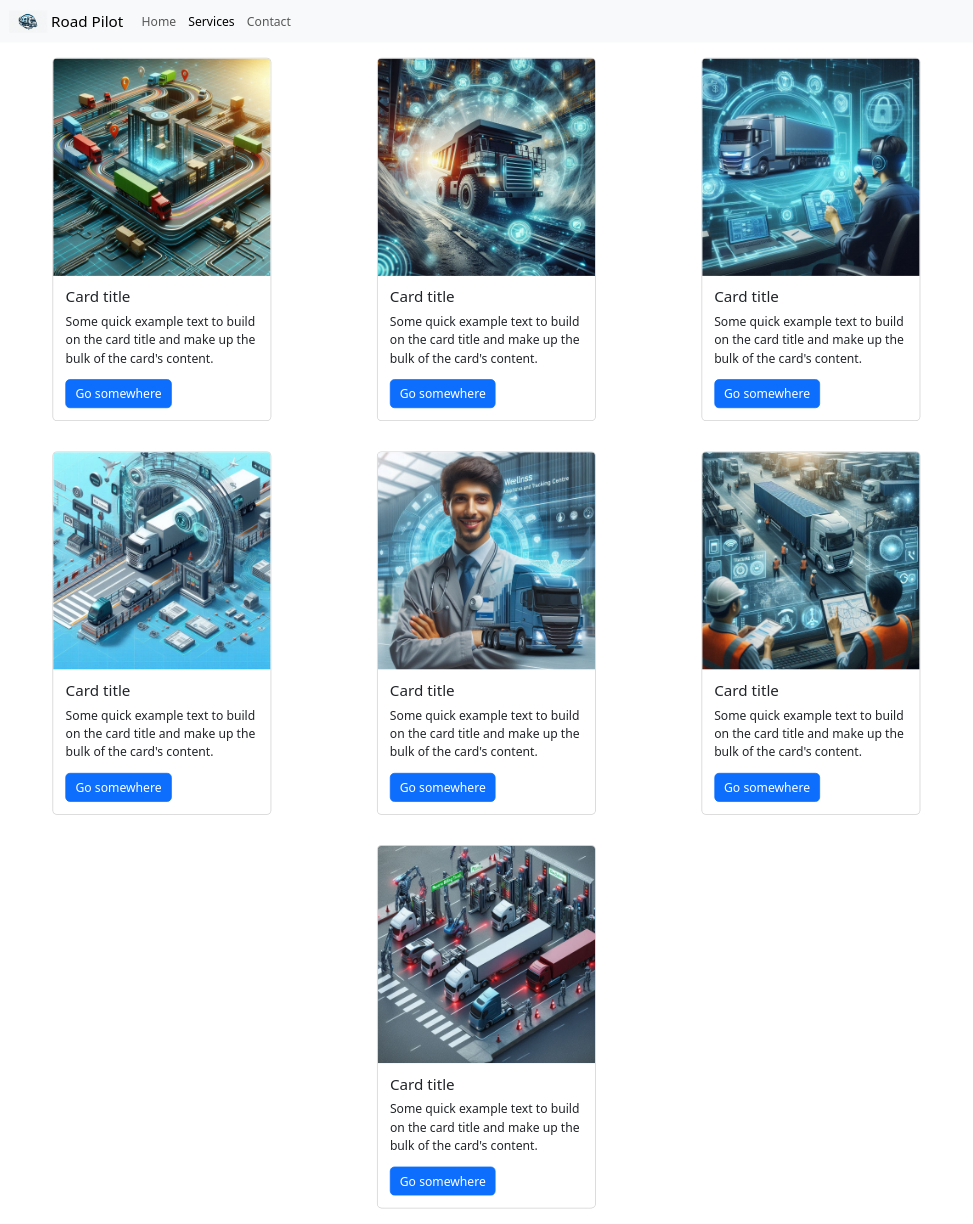
Repository: VictoriousMango/WebCreator
Page: pages/Services.html
An editor plug-in stored every save of this project. The page is shown before and after a run of saves, followed by the edit.
The browser window is 1280 px wide. The pictures show the whole page, at 76% of full size.
The pointer rests on the first visible `.card`.

Above is the page before, as saved 2024-11-09 11:45:06.

### pages/Services.html
<!DOCTYPE html>
<html lang="en">

<head>
    <meta charset="UTF-8">
    <meta name="viewport" content="width=device-width, initial-scale=1.0">
    <title>Web Creator</title>
    <link href="https://cdn.jsdelivr.net/npm/bootstrap@5.3.3/dist/css/bootstrap.min.css" rel="stylesheet"
        integrity="sha384-QWTKZyjpPEjISv5WaRU9OFeRpok6YctnYmDr5pNlyT2bRjXh0JMhjY6hW+ALEwIH" crossorigin="anonymous">
    <link rel="stylesheet" href="../assets/css/services.css">
</head>

<body>
    <!-- Navbar -->
    <nav class="navbar navbar-expand-lg bg-body-tertiary">
        <div class="container-fluid">
            <a class="navbar-brand" href="#">
                <img src="../assets/images/Logo.png" alt="Logo" width="50px" class="d-inline-block align-text-top">
                Road Pilot
            </a>
            <button class="navbar-toggler" type="button" data-bs-toggle="collapse" data-bs-target="#navbarNav"
                aria-controls="navbarNav" aria-expanded="false" aria-label="Toggle navigation">
                <span class="navbar-toggler-icon"></span>
            </button>
            <div class="collapse navbar-collapse" id="navbarNav">
                <ul class="navbar-nav">
                    <li class="nav-item">
                        <a class="nav-link" href="../">Home</a>
                    </li>
                    <li class="nav-item">
                        <a class="nav-link active" aria-current="page" href="#">Services</a>
                    </li>
                    <li class="nav-item">
                        <a class="nav-link" href="./contact.html">Contact</a>
                    </li>
                </ul>
            </div>
        </div>
    </nav>
    <!-- NavBar -->
    <!-- Solutions/Softwares we may provide
            *Transportation Management System (TRAMS)
            *Safe and Optimised Mining Systems (SOMS)
            *Delivery Order Management and Excellence System (DOMES)
            *Gate Entry (and Attendance) linked performance System (GELPS)
            *Wellness ,Adaptation and Tracking Centre for Health Care Systems for Staff(WATCHS)
            *Port and Rake (Handling ) Tracking Systems(PARTS)
            *Reverse bidding Systems
    -->
    <div class="services">
        <!-- TRAMS -->
        <div class="card" style="width: 18rem;">
            <img src="../assets/images/TRAMS.png" class="card-img-top" alt="...">
            <div class="card-body">
                <h5 class="card-title">Card title</h5>
                <p class="card-text">Some quick example text to build on the card title and make up the bulk of the
                    card's content.</p>
                <a href="#" class="btn btn-primary">Go somewhere</a>
            </div>
        </div>
        <!-- SOMS -->
        <div class="card" style="width: 18rem;">
            <img src="../assets/images/SOMS.png" class="card-img-top" alt="...">
            <div class="card-body">
                <h5 class="card-title">Card title</h5>
                <p class="card-text">Some quick example text to build on the card title and make up the bulk of the
                    card's content.</p>
                <a href="#" class="btn btn-primary">Go somewhere</a>
            </div>
        </div>
        <!-- DOMES -->
        <div class="card" style="width: 18rem;">
            <img src="../assets/images/DOMES.png" class="card-img-top" alt="...">
            <div class="card-body">
                <h5 class="card-title">Card title</h5>
                <p class="card-text">Some quick example text to build on the card title and make up the bulk of the
                    card's content.</p>
                <a href="#" class="btn btn-primary">Go somewhere</a>
            </div>
        </div>
        <!-- GELPS -->
        <div class="card" style="width: 18rem;">
            <img src="../assets/images/GELPS.png" class="card-img-top" alt="...">
            <div class="card-body">
                <h5 class="card-title">Card title</h5>
                <p class="card-text">Some quick example text to build on the card title and make up the bulk of the
                    card's content.</p>
                <a href="#" class="btn btn-primary">Go somewhere</a>
            </div>
        </div>
        <!-- WATCHS -->
        <div class="card" style="width: 18rem;">
            <img src="../assets/images/WATCHS.png" class="card-img-top" alt="...">
            <div class="card-body">
                <h5 class="card-title">Card title</h5>
                <p class="card-text">Some quick example text to build on the card title and make up the bulk of the
                    card's content.</p>
                <a href="#" class="btn btn-primary">Go somewhere</a>
            </div>
        </div>
        <!-- PARTS -->
        <div class="card" style="width: 18rem;">
            <img src="../assets/images/PARTS.png" class="card-img-top" alt="...">
            <div class="card-body">
                <h5 class="card-title">Card title</h5>
                <p class="card-text">Some quick example text to build on the card title and make up the bulk of the
                    card's content.</p>
                <a href="#" class="btn btn-primary">Go somewhere</a>
            </div>
        </div>
        <!-- RBS -->
        <div class="card" style="width: 18rem;">
            <img src="../assets/images/RBS.png" class="card-img-top" alt="...">
            <div class="card-body">
                <h5 class="card-title">Card title</h5>
                <p class="card-text">Some quick example text to build on the card title and make up the bulk of the
                    card's content.</p>
                <a href="#" class="btn btn-primary">Go somewhere</a>
            </div>
        </div>
    </div>


    <!-- Scripts -->
    <script src="https://cdn.jsdelivr.net/npm/bootstrap@5.3.3/dist/js/bootstrap.bundle.min.js"
        integrity="sha384-YvpcrYf0tY3lHB60NNkmXc5s9fDVZLESaAA55NDzOxhy9GkcIdslK1eN7N6jIeHz"
        crossorigin="anonymous"></script>
    <script src="https://cdn.jsdelivr.net/npm/@popperjs/core@2.11.8/dist/umd/popper.min.js"
        integrity="sha384-I7E8VVD/ismYTF4hNIPjVp/Zjvgyol6VFvRkX/vR+Vc4jQkC+hVqc2pM8ODewa9r"
        crossorigin="anonymous"></script>
    <script src="https://cdn.jsdelivr.net/npm/bootstrap@5.3.3/dist/js/bootstrap.min.js"
        integrity="sha384-0pUGZvbkm6XF6gxjEnlmuGrJXVbNuzT9qBBavbLwCsOGabYfZo0T0to5eqruptLy"
        crossorigin="anonymous"></script>
</body>

</html>

### assets/css/services.css
.services {
    display: flex;
    flex-wrap: wrap;
    justify-content: space-around;
}

.card {
    width: 200px;
    margin: 20px;
}

.card:hover {
    transform: perspective();
}

After the next 3 saves:
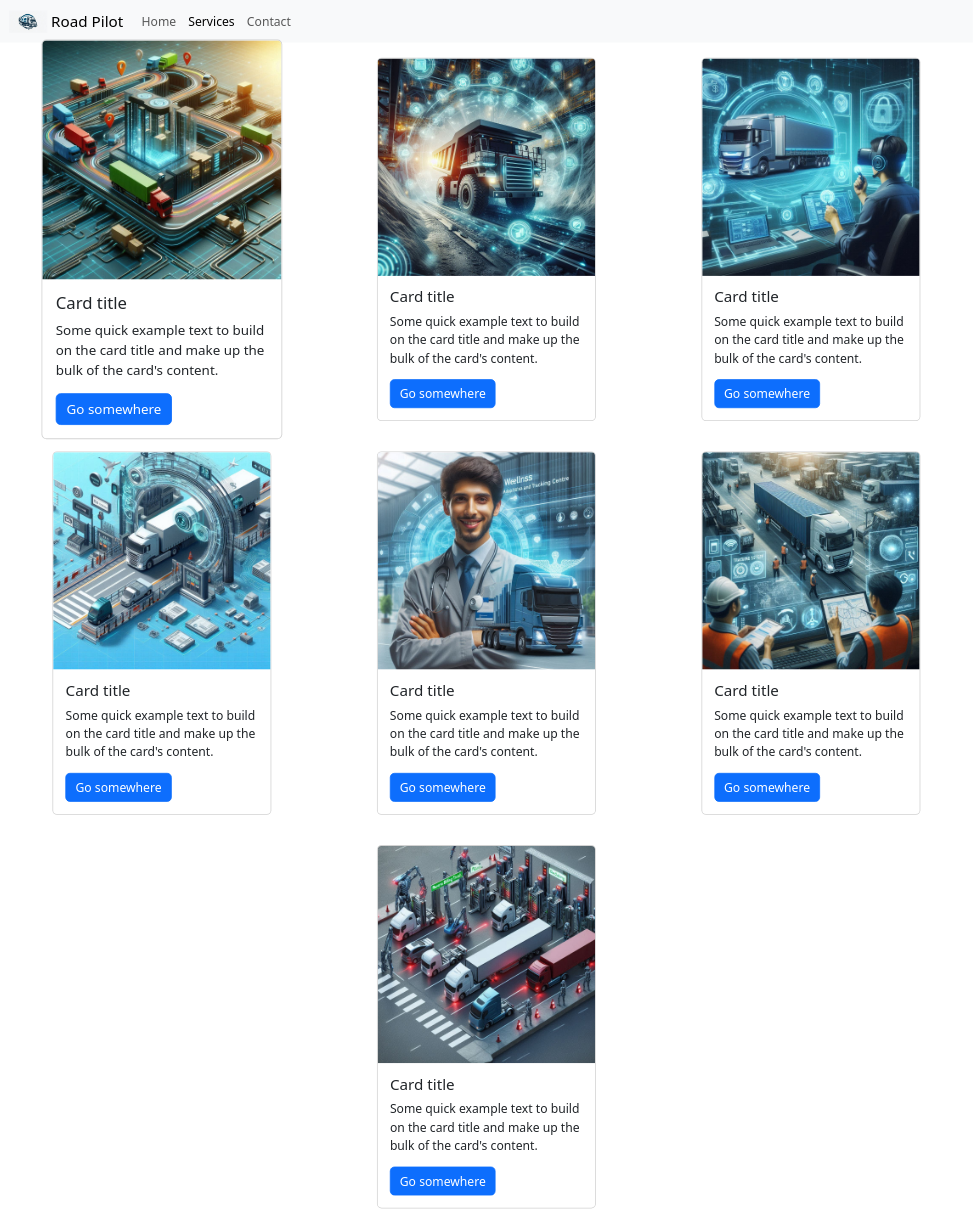
The 3 saves are shown as one change because they came seconds apart.
The last was saved 8 s later.
--- a/assets/css/services.css
+++ b/assets/css/services.css
@@ -10,5 +10,5 @@
 }
 
 .card:hover {
-    transform: perspective();
+    transform: scale(1.1);
 }

After the save that followed:
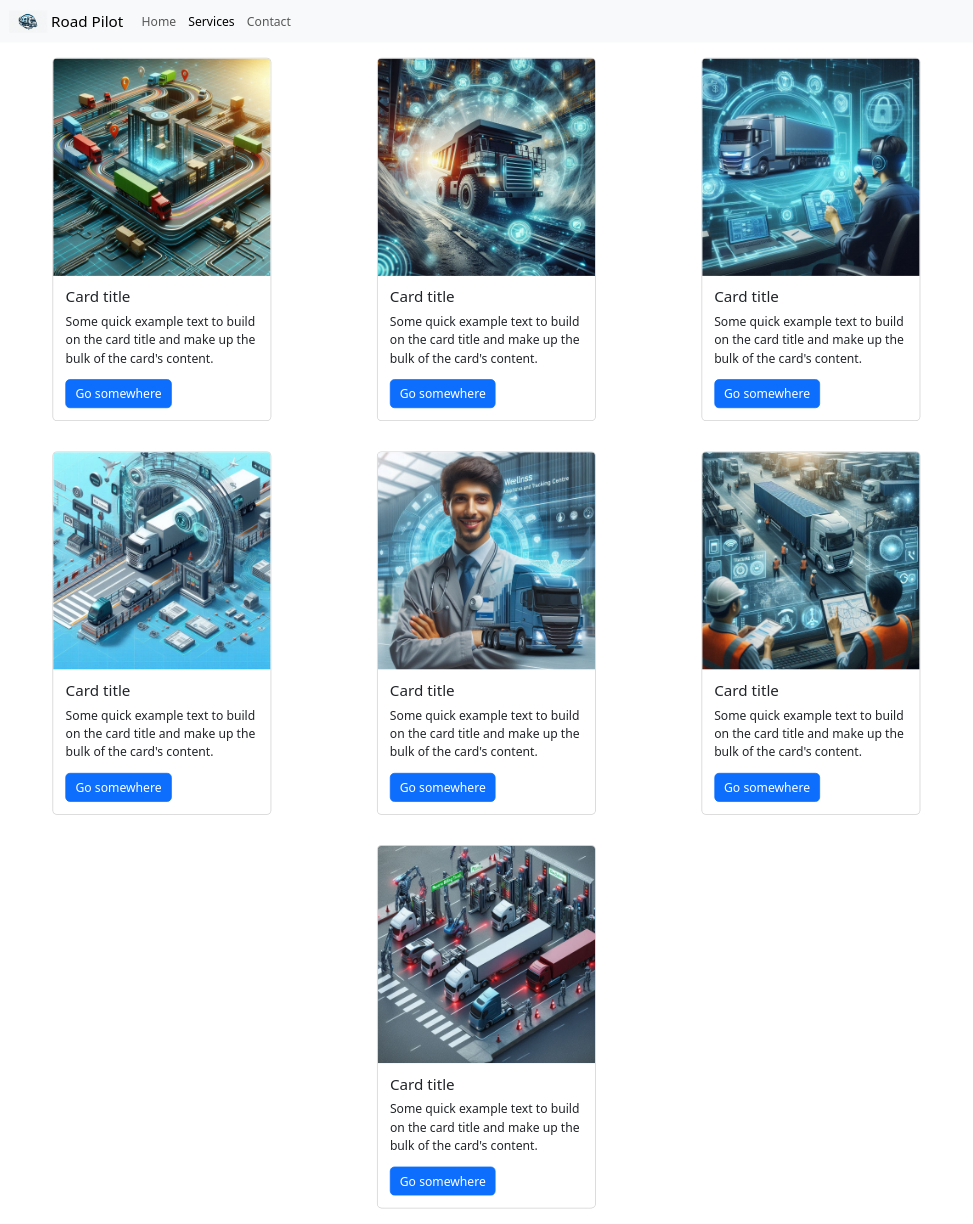
Saved 6 s later.
--- a/assets/css/services.css
+++ b/assets/css/services.css
@@ -10,5 +10,5 @@
 }
 
 .card:hover {
-    transform: scale(1.1);
+    transform: scale(1.1) ease;
 }
